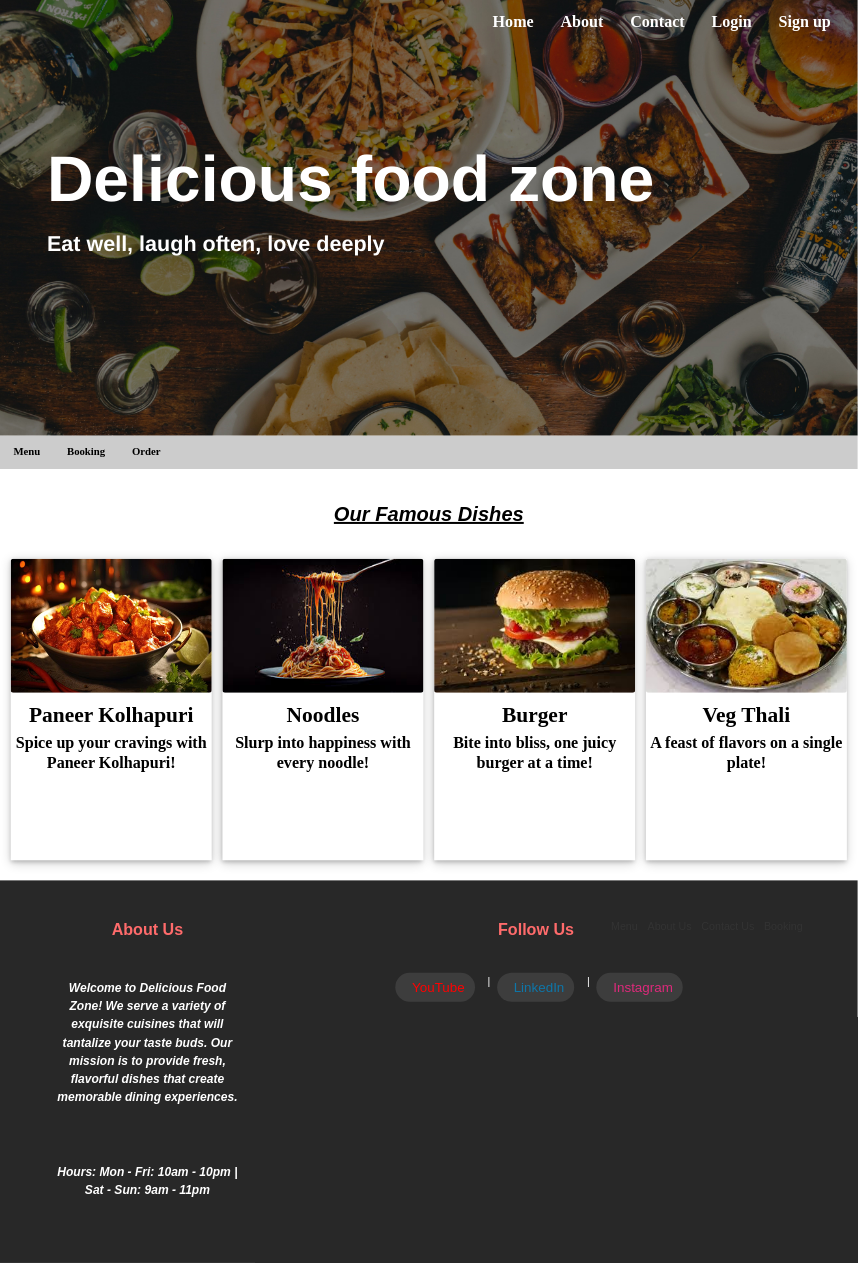
Repository: Shreya-Bonde/Restaurant-management-system
Page: index.html
An editor plug-in stored every save of this project. The page is shown before and after the next save, followed by the edit.
The browser window is 1280 px wide. The pictures show the whole page, at 67% of full size.

Above is the page before, as saved 2024-10-17 17:17:37.

After the next save:
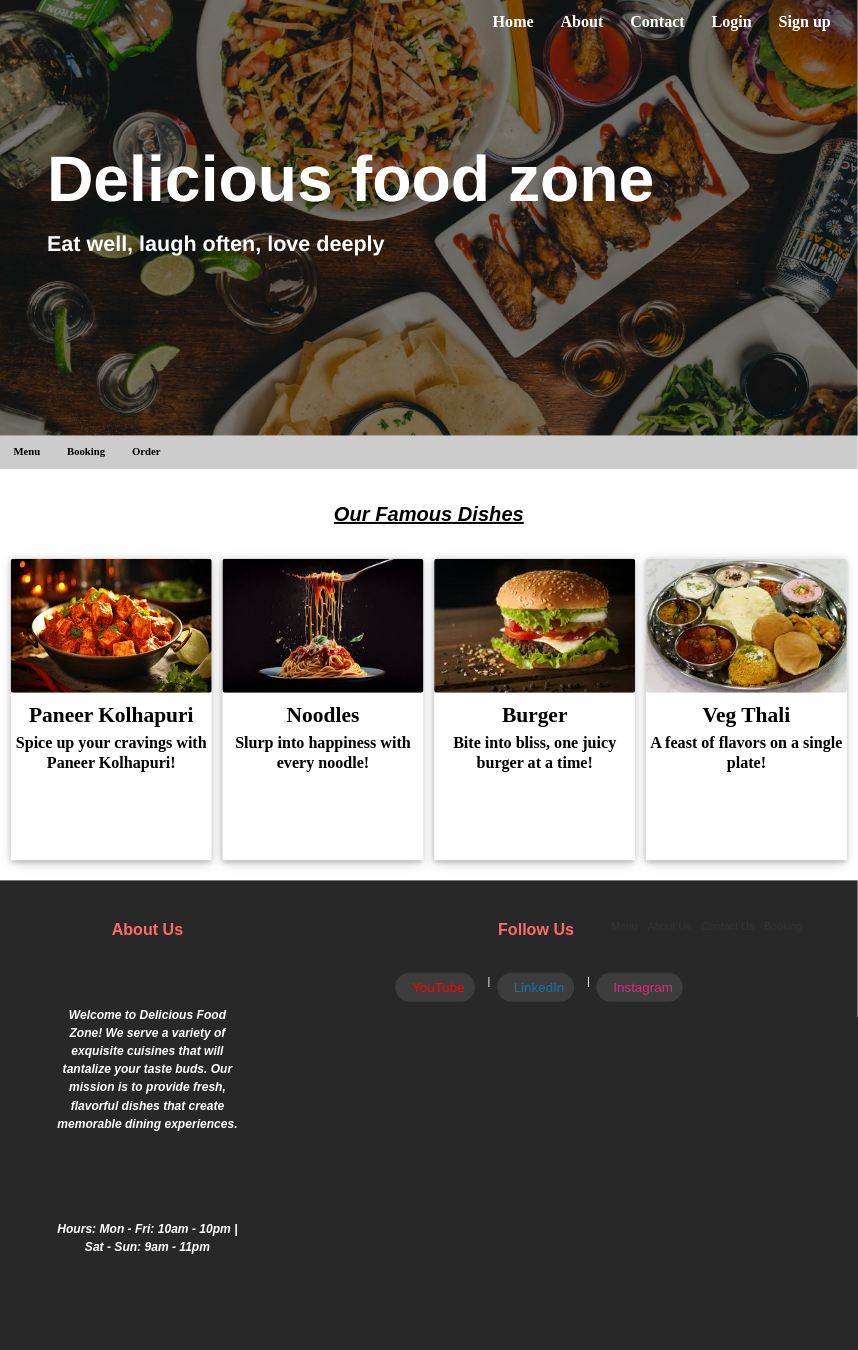
Saved 8 s later.
--- a/style.css
+++ b/style.css
@@ -157,7 +157,7 @@
     text-decoration: none;
     line-height: 1.5;
     font-size: 18px;
-    margin: 5px 0;
+    margin: 50px 0;
 }
 
 

After the save that followed:
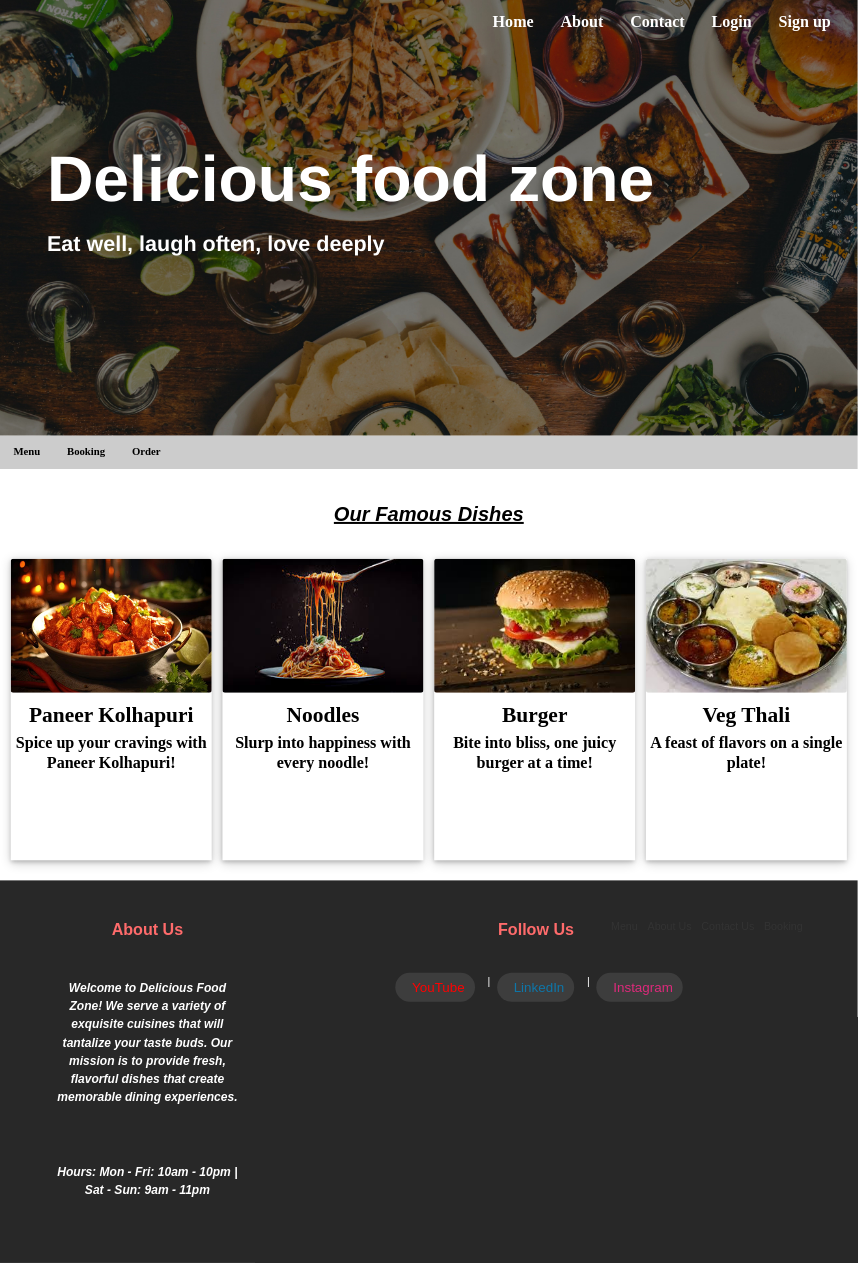
Saved 5 s later.
--- a/style.css
+++ b/style.css
@@ -157,7 +157,7 @@
     text-decoration: none;
     line-height: 1.5;
     font-size: 18px;
-    margin: 50px 0;
+    margin: 5px 0;
 }
 
 
